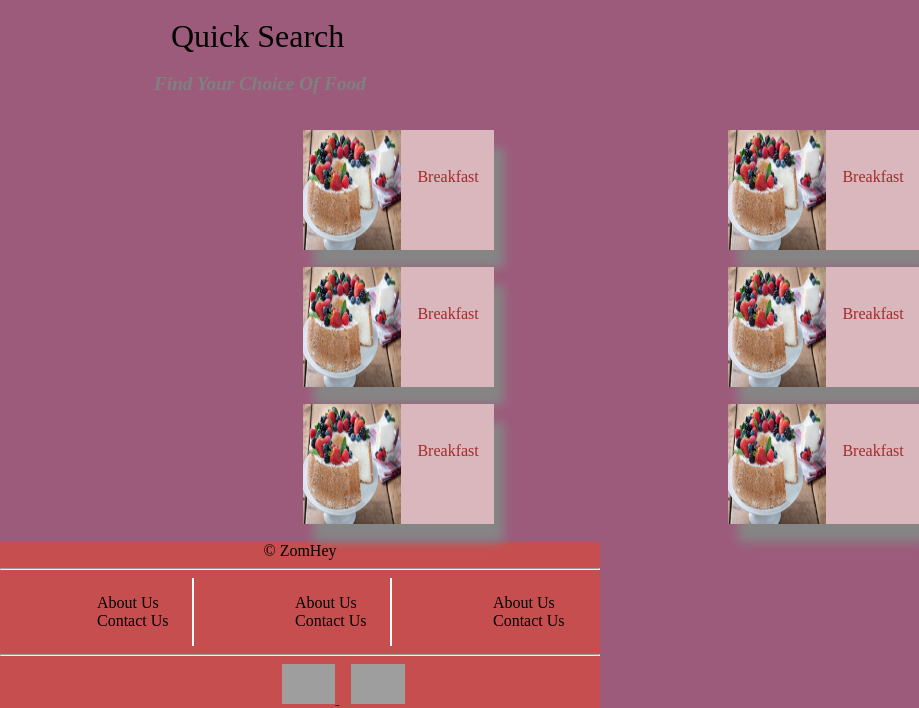
Repository: dashmeenkalra/dashmeen_kalra
Page: css,bootstrap/CSS/zom.html
An editor plug-in stored every save of this project. The page is shown before and after the next save, followed by the edit.
The browser window is 600 px wide. The page is 919 px wide, so the pictures cover 919 px, including what lies to the right of the window. The pictures show the part of the page from y = 465 to 1584 px (the page is 1173 px tall before and 1584 px after).
Pictures or frames that could not be fetched are drawn as grey boxes.

Above is the page before, as saved 2023-03-27 09:39:18.

After the next save:
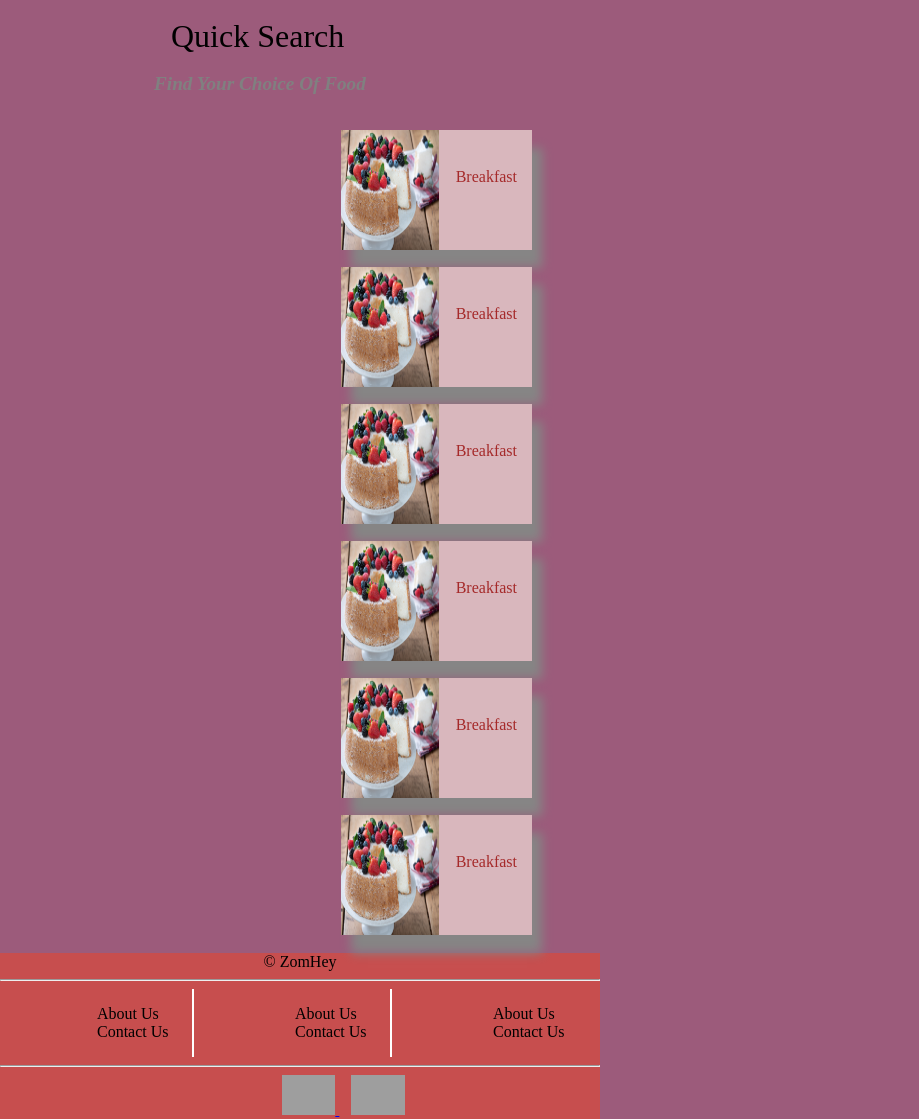
Saved 82 s later.
--- a/css,bootstrap/CSS/zom.css
+++ b/css,bootstrap/CSS/zom.css
@@ -188,6 +188,6 @@ body{
             background-color: rgb(156, 91, 123) ;
         }
     .inbox{
-        margin-left:27.5%;
+        margin-left:32%;
     }
         }
